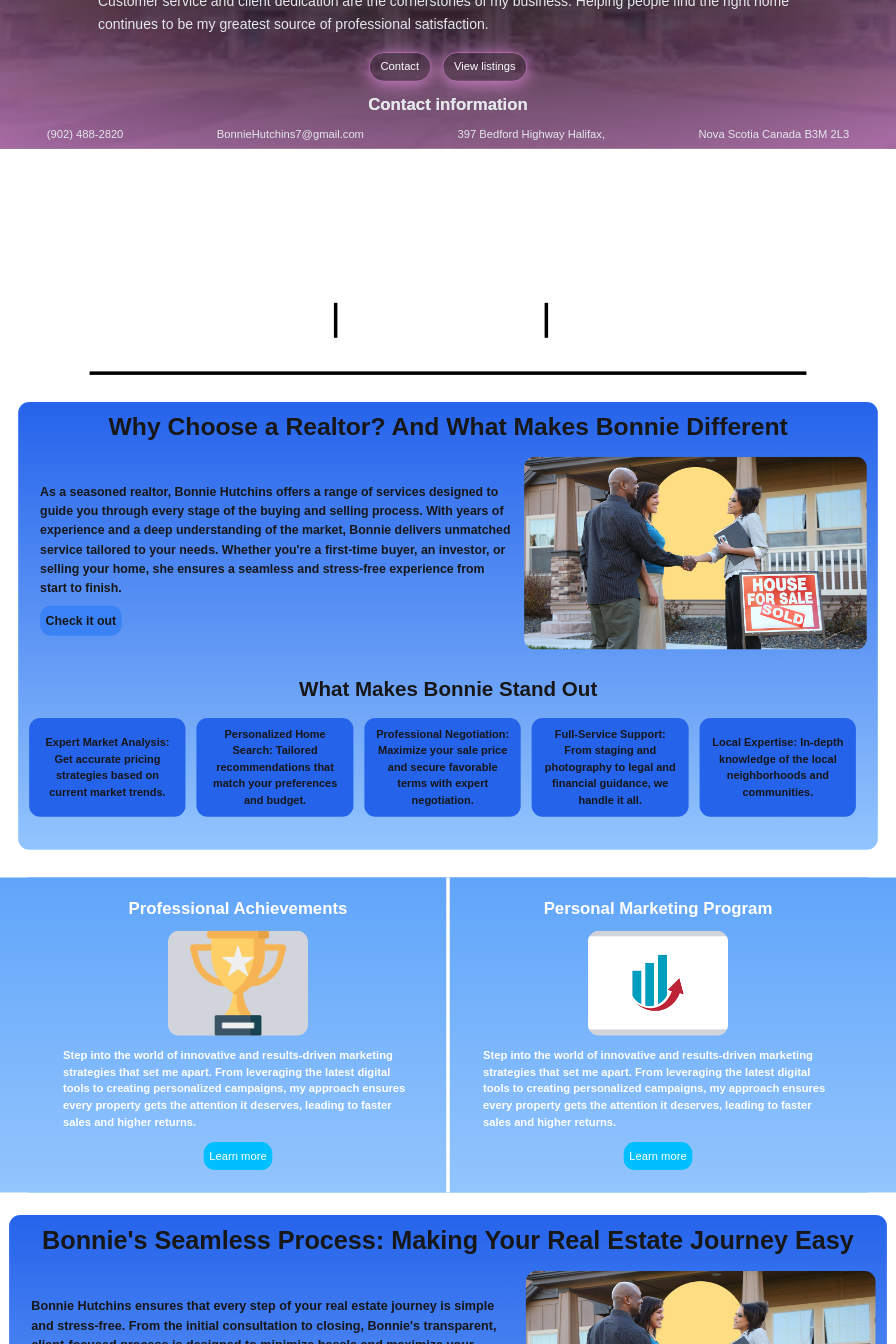
Repository: TMuse333/bonnie-website-
Page: / (app in frontend/)
These files come from the project's save history. The page is drawn as it stood at one moment and after the next save; the edit follows.
The browser window is 1280 px wide. The pictures show the part of the page from y = 552 to 2472 px (the page is 6835 px tall before and 5345 px after), at 70% of full size.
The project was rebuilt for these pictures with package versions that can differ from the ones it lists, and the page was loaded fresh each time. The framework's server and built-in components were replaced by stand-ins that run in the browser. Also part of the build but not shown: frontend/next.config.mjs.

Above is the page before, as saved 2024-11-30 16:04:43.

After the next save:
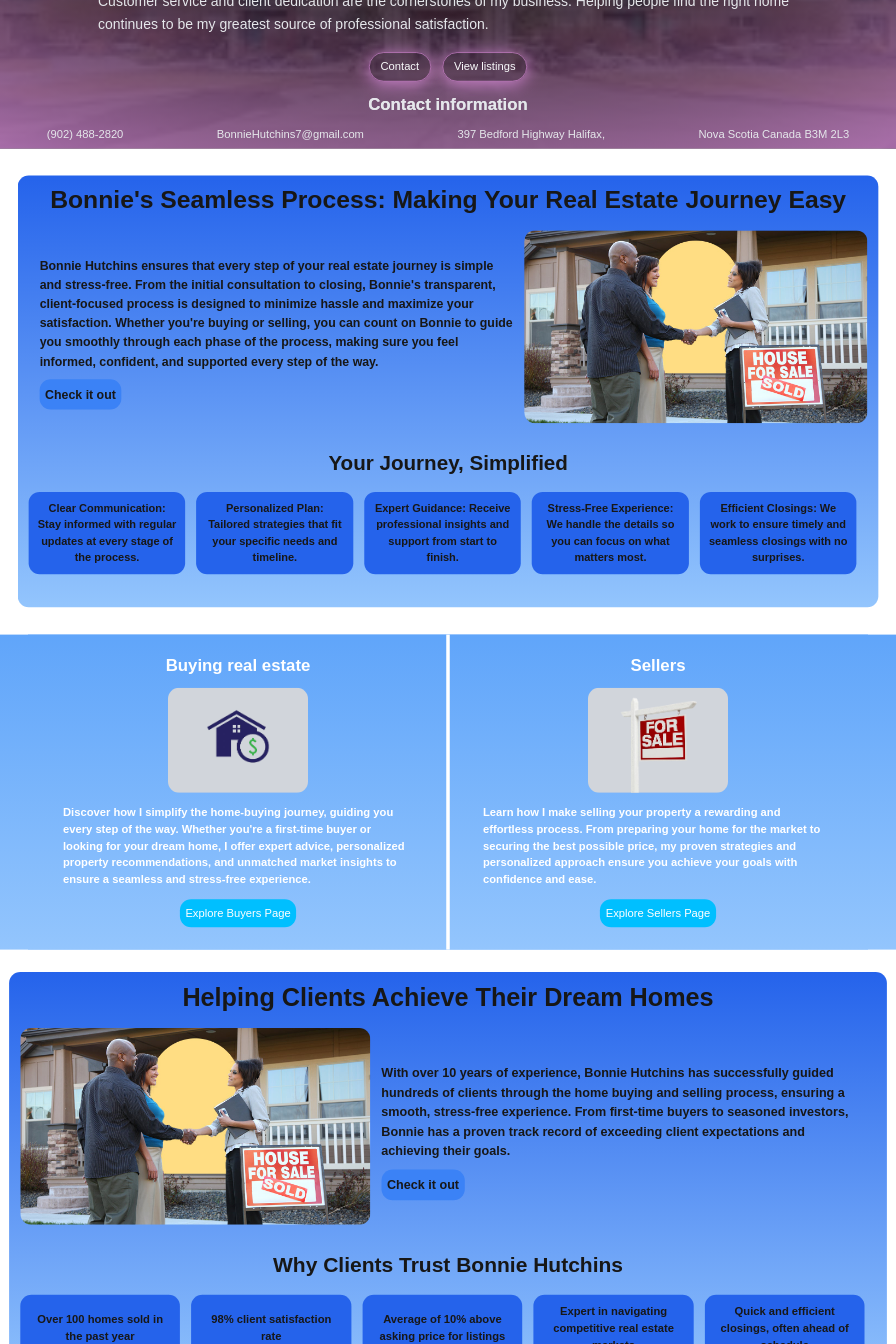
Saved 16 s later.
--- a/frontend/src/app/page.tsx
+++ b/frontend/src/app/page.tsx
@@ -23,7 +23,7 @@
     excludedLink=""
     />
     <AuroraHero/>
-    <CountUpStats
+    {/* <CountUpStats
     number1="45"
     number2="15.5"
     number3="20"/>
@@ -34,7 +34,7 @@
 
     <DisplayBoxes
     data={displayBox1}
-    />
+    /> */}
 
     {/* <ImageTextBox
     {...imageTextBox1}
